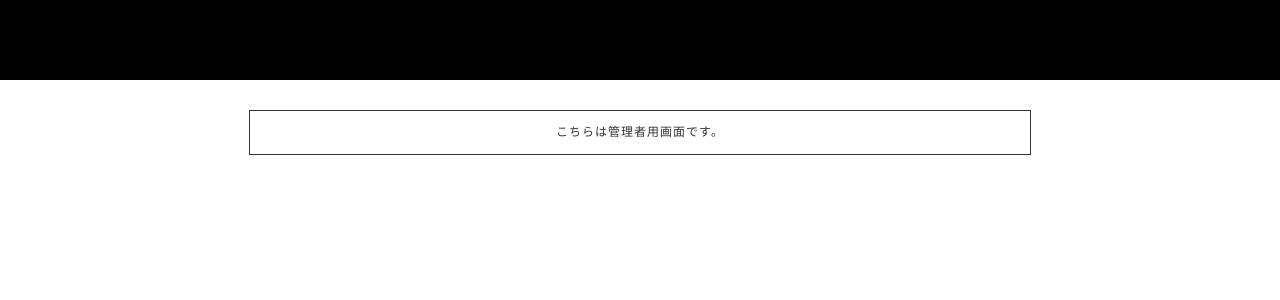
Repository: hoshikagi96/backup
Page: http://localhost/ecsite/adminPage.jsp
The author's editor kept a copy of each file at every save. The page is drawn from the files as they stood at one save, then again after the next save.
The browser window is 1280 px wide. The pictures show the whole page.
The page is served by Tomcat 9. Other server files are loaded and not shown.

Above is the page before, as saved 2018-03-07 12:36:05.

### backup/workspase2/ecsite/WebContent/adminPage.jsp
<%@ page language="java" contentType="text/html; charset=UTF-8"
    pageEncoding="UTF-8"%>
<%@ taglib prefix="s" uri="/struts-tags" %>
<!DOCTYPE html>
<html>
<head>
  <meta http-equiv="Content-Type" content="text/html; charset=utf-8" />
  <meta http-equiv="Contet-Style-Type" content="text/css" />
  <meta http-equiv="Content-Script-Type" content="text/javascript" />
  <meta http-equiv="imagetoolbar" content="no" />
  <meta name="description" content="" />
  <meta name="keywords" content="" />
  <title>管理者画面</title>

  <style type="text/css">
    body{
      margin:0;
      padding:0;
      line-height:1.6;
      letter-spacing:1px;
      font-family:Verdana,Helvetica,sans-selif;
      font-size:12px;
      color:#333;
      background:#fff;
    }
    table{
      text-align:center;
      margin:0 auto;
    }
    #top{
      width:780px;
      margin:30px auto;
      border:1px solid #333;
    }
    #header{
      eidth:100%;
      height:80px;
      background-color:black;
    }
    #main{
      width:100%;
      height:500px;
      text-align:center;
    }

    #fotter{
      width:100%;
      height:80px;
      background-color:black;
      clear:both;
    }
    #text-center{
      display:inline-block;
      text-align:center;
    }
  </style>
</head>
<body>
  <div id="header">
    <div id="pr"></div>
  </div>
  <div id="main">
    <div id="top">
      <p>こちらは管理者用画面です。</p>
    </div>
    <div id="text-center">

      <s:if test="#session.id !=null">
        <p>ログアウトする場合は<a href='<s:url action="LogoutAction" />'>こちら</a></p>
      </s:if>
    </div>
  </div>
  <div id="footer">
    <div id="pr"></div>
  </div>

</body>
</html>

After the next save:
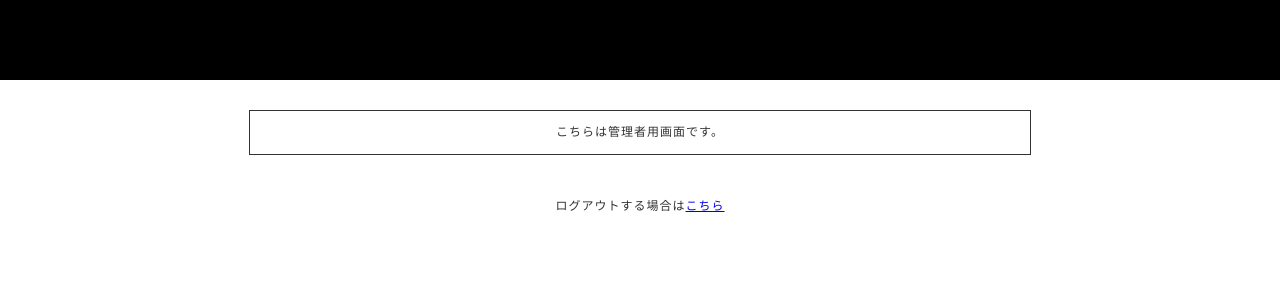
Saved 32 s later.
--- a/backup/workspase2/ecsite/WebContent/adminPage.jsp
+++ b/backup/workspase2/ecsite/WebContent/adminPage.jsp
@@ -65,9 +65,8 @@
     </div>
     <div id="text-center">
 
-      <s:if test="#session.id !=null">
+
         <p>ログアウトする場合は<a href='<s:url action="LogoutAction" />'>こちら</a></p>
-      </s:if>
     </div>
   </div>
   <div id="footer">
